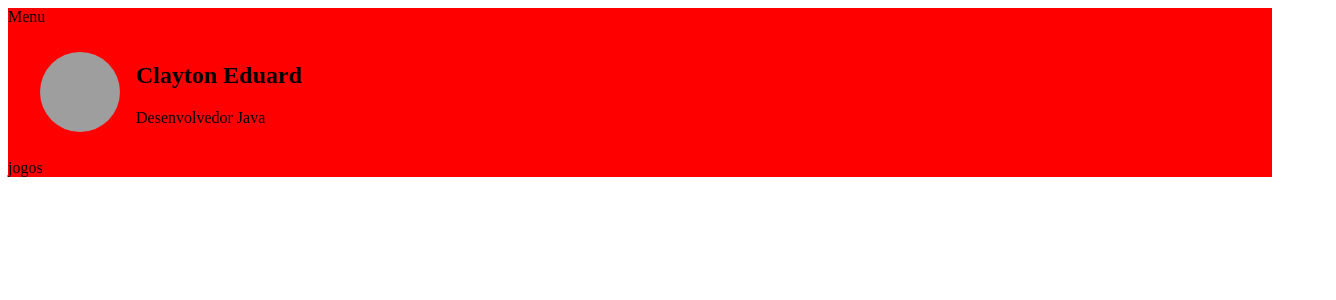
Repository: ClaytonEduard/imersaoaluratube
Page: /
These files come from the project's save history. The page is drawn as it stood at one moment and after the next save; the edit follows.
The browser window is 1280 px wide. The page is 1336 px wide, so the pictures cover 1336 px, including what lies to the right of the window. The pictures show the whole page.
Pictures or frames that could not be fetched are drawn as grey boxes. The project was rebuilt for these pictures with package versions that can differ from the ones it lists, and the page was loaded fresh each time. The framework's server and built-in components were replaced by stand-ins that run in the browser. Also part of the build but not shown: next.config.js.

Above is the page before, as saved 2022-11-10 23:43:34.

After the next save:
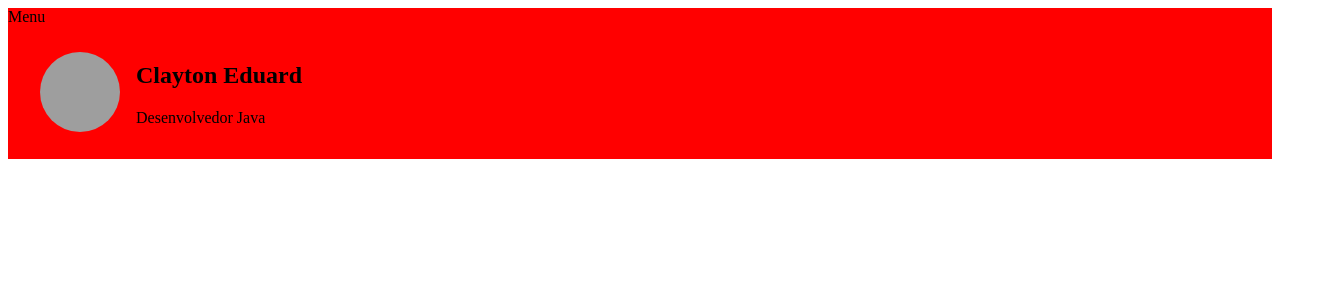
Saved 2 min 10 s later.
--- a/pages/index.js
+++ b/pages/index.js
@@ -50,9 +50,13 @@
 function TimeLine (props) {
   console.log("Dentro do componente: ", props.playlists);
   const playlistsNames = Object.keys(props.playlists);
+  //statement
+  // retorno por expressao
   return (
     <div>
-    {playlistsNames}
+    {playlistsNames.forEach(function () {
+        return "Item Atual"
+    })}
     </div>
   )
 }

After the save that followed:
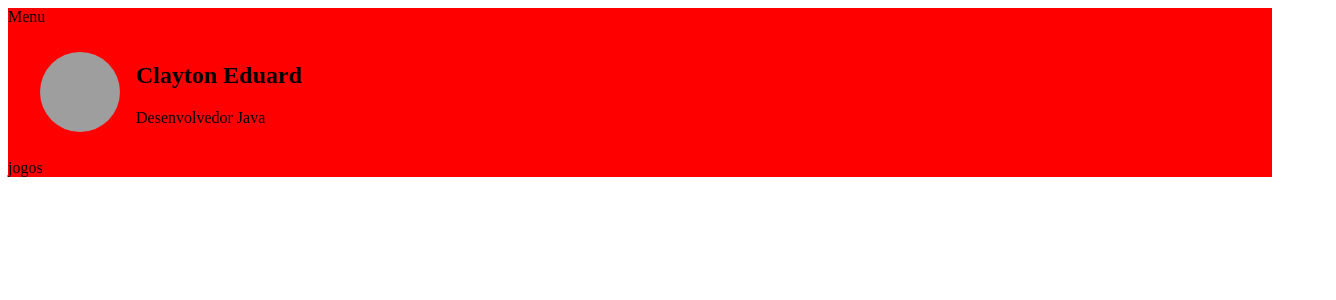
Saved 4 min 30 s later.
--- a/pages/index.js
+++ b/pages/index.js
@@ -47,15 +47,15 @@
     </StyledHeader>
   )
 }
-function TimeLine (props) {
-  console.log("Dentro do componente: ", props.playlists);
-  const playlistsNames = Object.keys(props.playlists);
+function TimeLine (playlists) {
+  console.log("Dentro do componente: ", playlists.playlists);
+  const playlistNames = Object.keys(playlists.playlists);
   //statement
   // retorno por expressao
   return (
     <div>
-    {playlistsNames.forEach(function () {
-        return "Item Atual"
+    {playlistNames.map(function (playlistName) {
+        return playlistName
     })}
     </div>
   )
